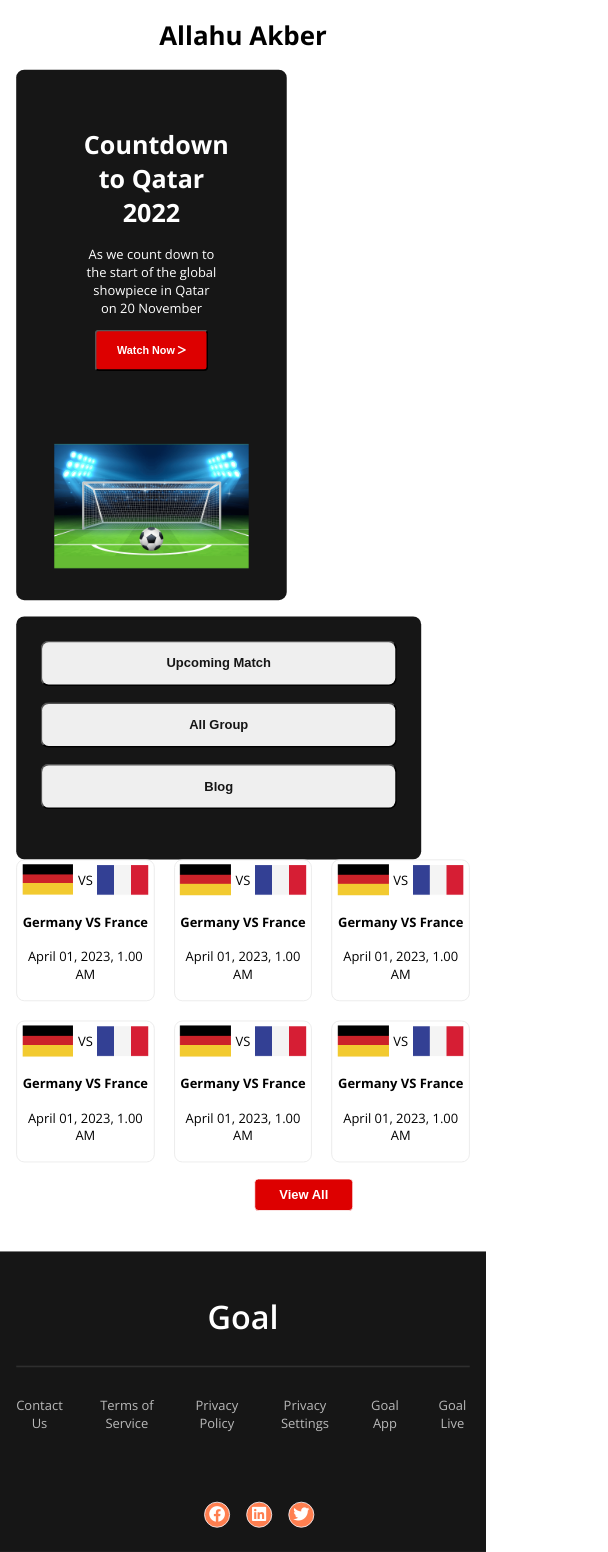
Repository: zjria/Qatar-world-cup
Page: match.html
These files come from the project's save history. The page is drawn as it stood at one moment and after the next save; the edit follows.
The browser window is 600 px wide. The page is 750 px wide, so the pictures cover 750 px, including what lies to the right of the window. The pictures show the whole page, at 81% of full size.

Above is the page before, as saved 2022-09-10 17:38:02.

After the next save:
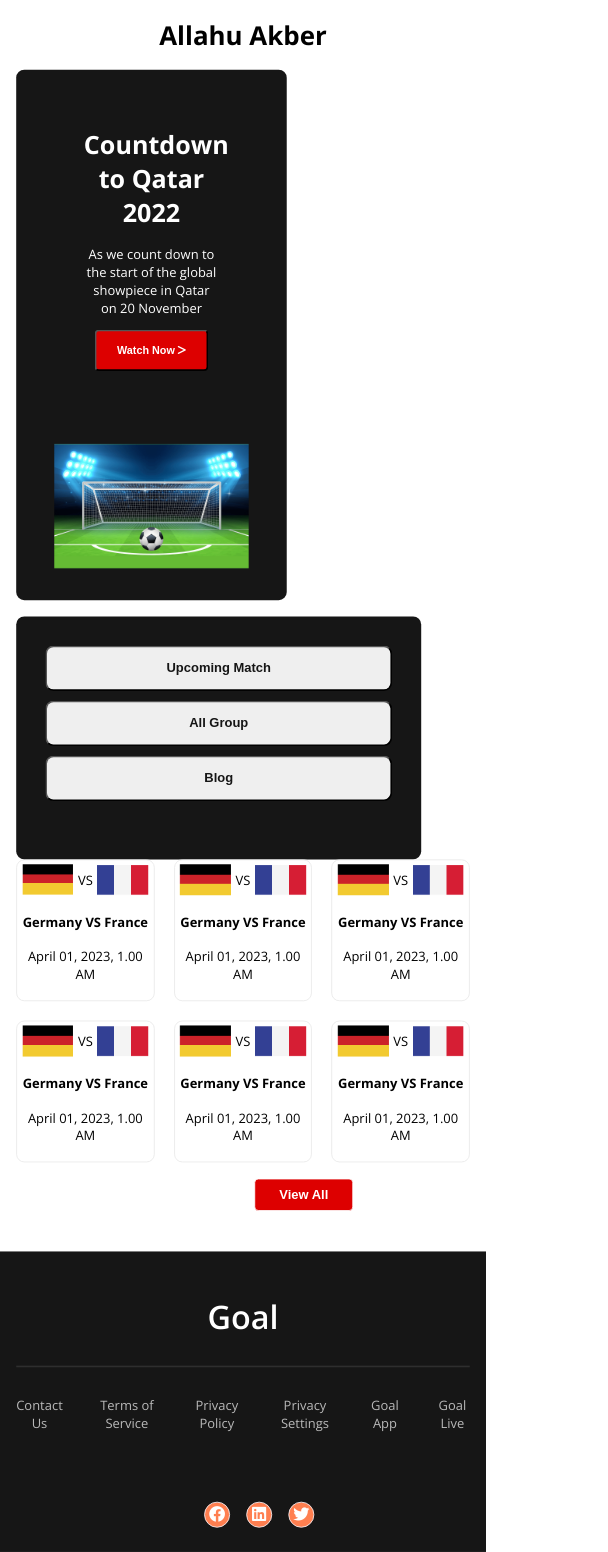
Saved 26 min 43 s later.
--- a/style.css
+++ b/style.css
@@ -324,4 +324,12 @@
         width: 90%;
         padding: 50px 0px;
     }
-}
+
+    .all-button button {
+        padding: 17px;
+        margin: 6px;
+        border-radius: 10px;
+        font-weight: 700;
+        font-size: 16px;
+    }
+}
